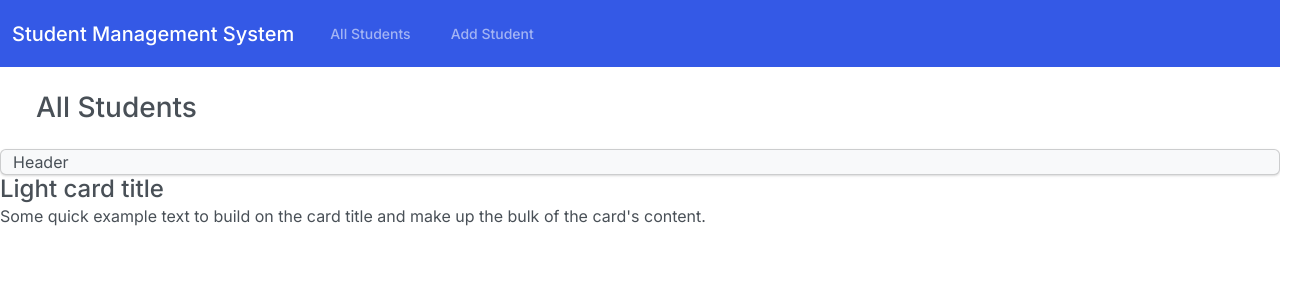
Repository: saraanbih/Student-Management-System
Page: http://localhost/
An editor plug-in stored every save of this project. The page is shown before and after a run of saves, followed by the edit.
The browser window is 1280 px wide. The page is 1280 px wide, then 1304 px, so the pictures cover 1304 px, including what lies to the right of the window. The pictures show the whole page.
The page is served by the project's application, run on Django 5.2 (manage.py).

Above is the page before, as saved 2025-09-11 15:34:05.

After the next 2 saves:
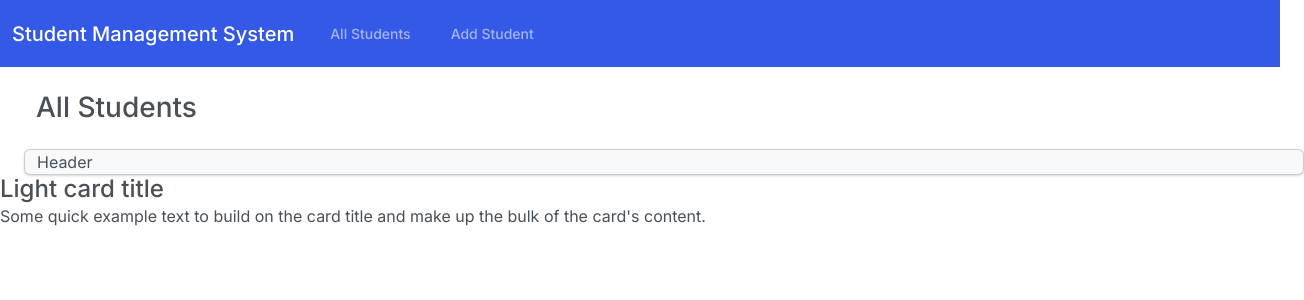
The 2 saves are shown as one change because they came seconds apart.
The last was saved 5 s later.
--- a/students/templates/students/index.html
+++ b/students/templates/students/index.html
@@ -40,7 +40,7 @@
       <div class="row">
         <div class="col-12">
           </div>
-            <div class="card bg-light ms>
+            <div class="card bg-light ms-4 >
               <div class="card-header">Header</div>
               <div class="card-body">
                 <h4 class="card-title">Light card title</h4>
